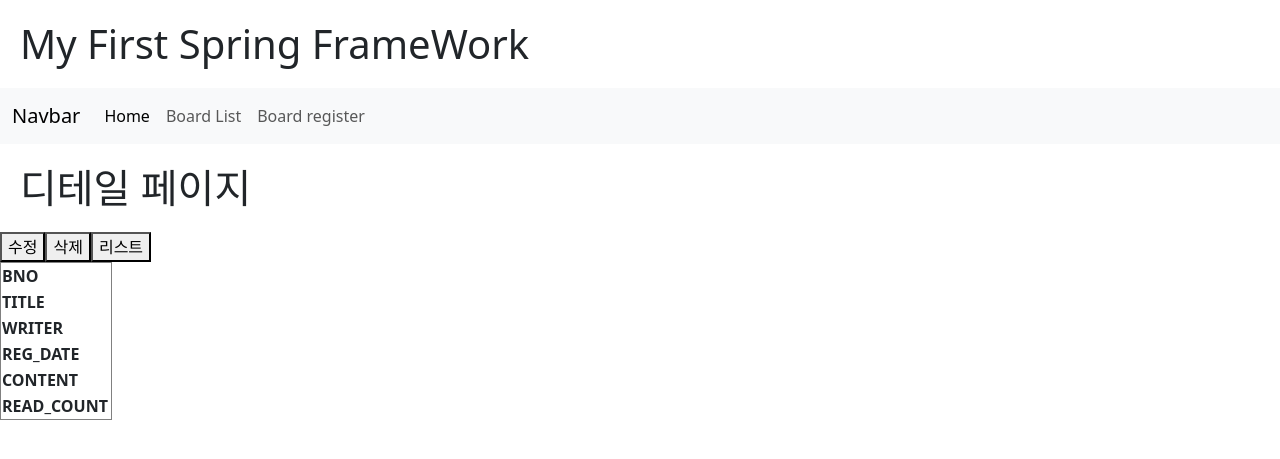
Repository: Leesunghoon1/springh
Page: http://localhost/springProject/WEB-INF/views/board/detail.jsp
The author's editor kept a copy of each file at every save. The page is drawn from the files as they stood at one save, then again after the next save.
The browser window is 1280 px wide. The pictures show the whole page.
The page is served by Tomcat 9. Nobody is signed in. Other server files are loaded and not shown. The template is opened directly, without the code that normally fills it, so the values that code supplies are empty.

Above is the page before, as saved 2023-11-01 05:17:59.

### springProject/src/main/webapp/WEB-INF/views/board/detail.jsp
<%@ page language="java" contentType="text/html; charset=UTF-8"
    pageEncoding="UTF-8"%>
        <%@ taglib uri="http://java.sun.com/jsp/jstl/core" prefix="c"%>

<!DOCTYPE html>
<html>
<head>
<meta charset="UTF-8">
<title>Insert title here</title>
</head>
<body>

<jsp:include page="../common/header.jsp"/>
<jsp:include page="../common/nav.jsp"/>
<h1>디테일 페이지</h1>

<table border="1">
<tr>
	<th>BNO</th>
	<td>${bvo.bno }</td>
</tr>
<tr>
	<th>TITLE</th>
	<td>${bvo.title }</td>
</tr>

<tr>
	<th>WRITER</th>
	<td>${bvo.writer }</td>
</tr>

<tr>
	<th>REG_DATE</th>
	<td>${bvo.regAt }</td>
</tr>
<tr>
	<th>CONTENT</th>
	<td>${bvo.content }</td>
</tr>
<tr>
	<th>READ_COUNT</th>
	<td>${bvo.readCount }</td>
</tr>

<a href="#"><button>수정</button></a>
<a href="/"><button>삭제</button></a>
<a href="/"><button>리스트</button></a>



</table>

<jsp:include page="../common/footer.jsp"/>
</body>
</html>

### springProject/src/main/webapp/WEB-INF/views/common/header.jsp
<%@ page language="java" contentType="text/html; charset=UTF-8"
    pageEncoding="UTF-8"%>
    <%@ taglib uri="http://java.sun.com/jsp/jstl/core" prefix="c"%>
<!DOCTYPE html>
<html>
<head>
<meta charset="UTF-8">
<title>Insert title here</title>
<link href="https://cdn.jsdelivr.net/npm/bootstrap@5.3.1/dist/css/bootstrap.min.css" rel="stylesheet" integrity="sha384-4bw+/aepP/YC94hEpVNVgiZdgIC5+VKNBQNGCHeKRQN+PtmoHDEXuppvnDJzQIu9" crossorigin="anonymous">
<script src="https://cdn.jsdelivr.net/npm/bootstrap@5.3.1/dist/js/bootstrap.bundle.min.js" integrity="sha384-HwwvtgBNo3bZJJLYd8oVXjrBZt8cqVSpeBNS5n7C8IVInixGAoxmnlMuBnhbgrkm" crossorigin="anonymous"></script>
<style type="text/css">

h1, p {
	margin: 20px
}

</style>
</head>
<body>
<h1>My First Spring FrameWork</h1>
</body>
</html>

### springProject/src/main/webapp/WEB-INF/views/common/nav.jsp
<%@ page language="java" contentType="text/html; charset=UTF-8"
    pageEncoding="UTF-8"%>
    <%@ taglib uri="http://java.sun.com/jsp/jstl/core" prefix="c"%>
<!DOCTYPE html>
<html>
<head>
<meta charset="UTF-8">
<title>Insert title here</title>
</head>
<body>
<header>

<nav class="navbar navbar-expand-lg bg-body-tertiary">
  <div class="container-fluid">
    <a class="navbar-brand" href="#">Navbar</a>

    <button class="navbar-toggler" type="button" data-bs-toggle="collapse" data-bs-target="#navbarSupportedContent" aria-controls="navbarSupportedContent" aria-expanded="false" aria-label="Toggle navigation">
      <span class="navbar-toggler-icon"></span>
    </button>

    <div class="collapse navbar-collapse" id="navbarSupportedContent">
      <ul class="navbar-nav me-auto mb-2 mb-lg-0">

        <li class="nav-item">
          <a class="nav-link active" aria-current="page" href="/">Home</a>
        </li>

        <li class="nav-item">
          <a class="nav-link" href="/board/list">Board List</a>
        </li>

        <li class="nav-item">
          <a class="nav-link" href="/board/register">Board register</a>
        </li>
    </ul>
    </div>
  </div>
</nav>



</header>
</body>
</html>

Loaded but not shown: springProject/src/main/webapp/WEB-INF/views/common/footer.jsp (common file)

After the next save:
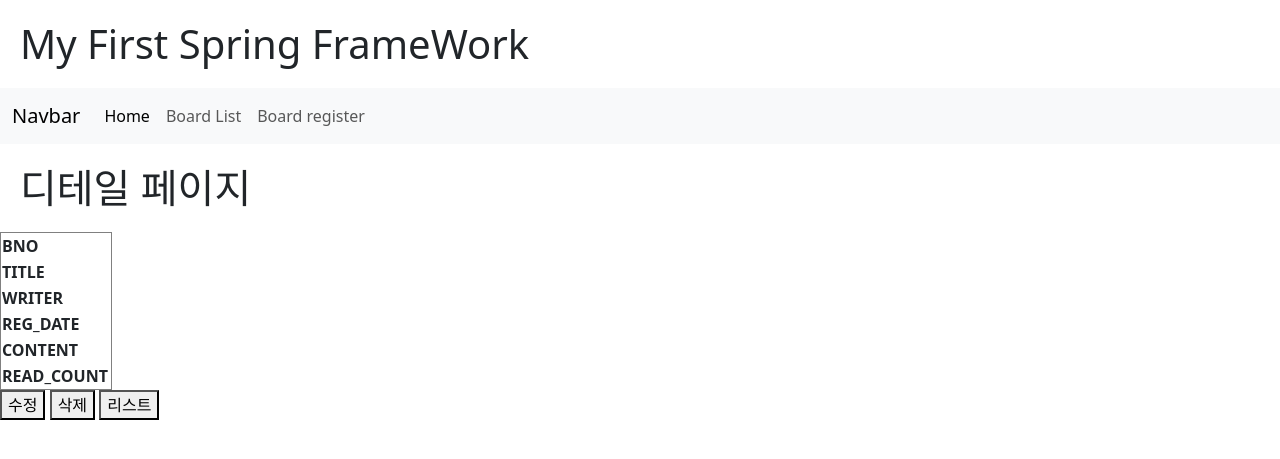
Saved 3 min 7 s later.
--- a/springProject/src/main/webapp/WEB-INF/views/board/detail.jsp
+++ b/springProject/src/main/webapp/WEB-INF/views/board/detail.jsp
@@ -42,14 +42,13 @@
 	<td>${bvo.readCount }</td>
 </tr>
 
-<a href="#"><button>수정</button></a>
+</table>
+
+<a href="/"><button>수정</button></a>
 <a href="/"><button>삭제</button></a>
 <a href="/"><button>리스트</button></a>
 
 
-
-</table>
-
 <jsp:include page="../common/footer.jsp"/>
 </body>
 </html>
